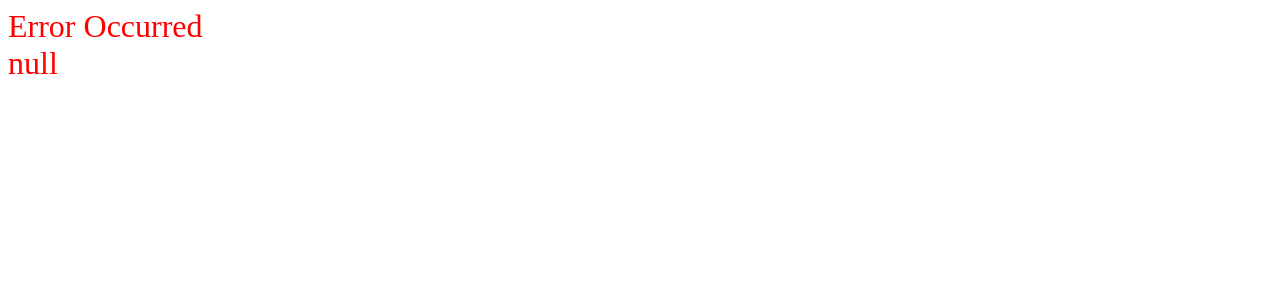
Repository: argho1990/Coursecube-B19
Page: http://localhost/Lab10/error.jsp
The author's editor kept a copy of each file at every save. The page is drawn from the files as they stood at one save, then again after the next save.
The browser window is 1280 px wide. The pictures show the whole page.
The page is served by Tomcat 9.

Above is the page before, as saved 2018-11-23 14:43:13.

### JSP/Lab10/WebContent/error.jsp
<%@ page isErrorPage="true"%>
<!DOCTYPE html>
<html>
<%-- <%@ include file="header.jsp" %> --%>
<body>
<font color="red" size="6">Error Occurred<br/>
<%=exception%></font>

</body>

</html>

After the next save:
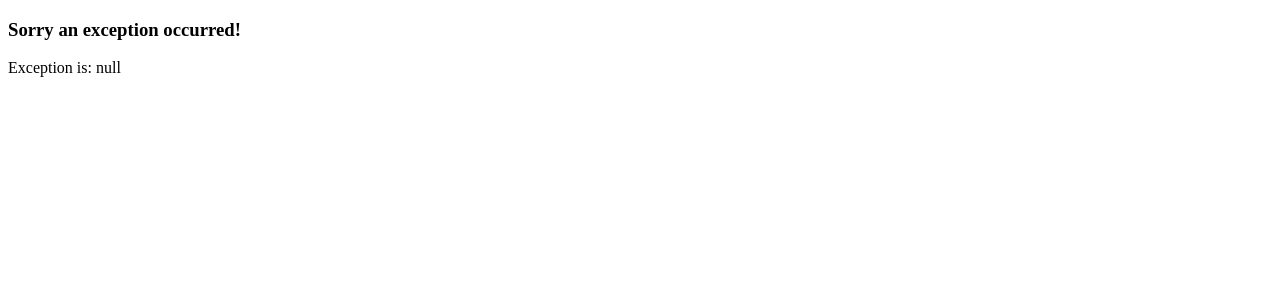
Saved 4 h 30 min later.
--- a/JSP/Lab10/WebContent/error.jsp
+++ b/JSP/Lab10/WebContent/error.jsp
@@ -1,11 +1,14 @@
-<%@ page isErrorPage="true"%>
+<%@ page language="java" contentType="text/html; charset=ISO-8859-1"
+    pageEncoding="ISO-8859-1" errorPage="error.jsp" isErrorPage="true" %>
 <!DOCTYPE html>
 <html>
-<%-- <%@ include file="header.jsp" %> --%>
+<head>
+<meta charset="ISO-8859-1">
+<title>Insert title here</title>
+</head>
 <body>
-<font color="red" size="6">Error Occurred<br/>
-<%=exception%></font>
+<h3>Sorry an exception occurred!</h3>
 
+Exception is: <%= exception %>
 </body>
-
 </html>
